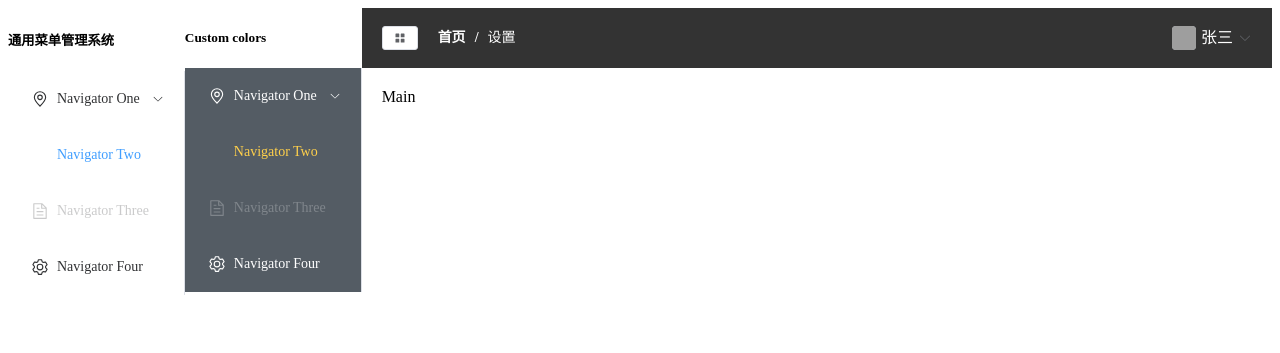
Repository: dishuibaby/vue-app
Page: /
An editor plug-in stored every save of this project. The page is shown before and after the next save, followed by the edit.
The browser window is 1280 px wide. The pictures show the whole page.
Pictures or frames that could not be fetched are drawn as grey boxes. The project was rebuilt for these pictures with package versions that can differ from the ones it lists, and the page was loaded fresh each time. Also part of the build but not shown: vite.config.js.

Above is the page before, as saved 2024-08-11 20:27:56.

### src/main.js
import { createApp } from 'vue'
import App from './App.vue'
import router from './router'
import * as ElementPlusIconsVue from '@element-plus/icons-vue'

const app = createApp(App);
for (const [key, component] of Object.entries(ElementPlusIconsVue)) {
    app.component(key, component)
}

app.use(router);
app.mount('#app');

### src/components/CommonAside.vue
<template>
  <el-row class="tac">
    <el-col :span="12">
      <h5 class="mb-2">通用菜单管理系统</h5>
      <el-menu
        default-active="2"
        class="el-menu-vertical-demo"
        @open="handleOpen"
        @close="handleClose"
      >
        <el-sub-menu index="1">
          <template #title>
            <el-icon><location /></el-icon>
            <span>Navigator One</span>
          </template>
          <el-menu-item-group title="Group One">
            <el-menu-item index="1-1">item one</el-menu-item>
            <el-menu-item index="1-2">item two</el-menu-item>
          </el-menu-item-group>
          <el-menu-item-group title="Group Two">
            <el-menu-item index="1-3">item three</el-menu-item>
          </el-menu-item-group>
          <el-sub-menu index="1-4">
            <template #title>item four</template>
            <el-menu-item index="1-4-1">item one</el-menu-item>
          </el-sub-menu>
        </el-sub-menu>
        <el-menu-item index="2">
          <el-icon><icon-menu /></el-icon>
          <span>Navigator Two</span>
        </el-menu-item>
        <el-menu-item index="3" disabled>
          <el-icon><document /></el-icon>
          <span>Navigator Three</span>
        </el-menu-item>
        <el-menu-item index="4">
          <el-icon><setting /></el-icon>
          <span>Navigator Four</span>
        </el-menu-item>
      </el-menu>
    </el-col>
    <el-col :span="12">
      <h5 class="mb-2">Custom colors</h5>
      <el-menu
        active-text-color="#ffd04b"
        background-color="#545c64"
        class="el-menu-vertical-demo"
        default-active="2"
        text-color="#fff"
        @open="handleOpen"
        @close="handleClose"
      >
        <el-sub-menu index="1">
          <template #title>
            <el-icon><location /></el-icon>
            <span>Navigator One</span>
          </template>
          <el-menu-item-group title="Group One">
            <el-menu-item index="1-1">item one</el-menu-item>
            <el-menu-item index="1-2">item two</el-menu-item>
          </el-menu-item-group>
          <el-menu-item-group title="Group Two">
            <el-menu-item index="1-3">item three</el-menu-item>
          </el-menu-item-group>
          <el-sub-menu index="1-4">
            <template #title>item four</template>
            <el-menu-item index="1-4-1">item one</el-menu-item>
          </el-sub-menu>
        </el-sub-menu>
        <el-menu-item index="2">
          <el-icon><icon-menu /></el-icon>
          <span>Navigator Two</span>
        </el-menu-item>
        <el-menu-item index="3" disabled>
          <el-icon><document /></el-icon>
          <span>Navigator Three</span>
        </el-menu-item>
        <el-menu-item index="4">
          <el-icon><setting /></el-icon>
          <span>Navigator Four</span>
        </el-menu-item>
      </el-menu>
    </el-col>
  </el-row>
</template>
<script>
import { ref, computed } from "vue";
//菜单数据
const menu = [
  {
    path: "/dashboard",
    label: "仪表盘",
    icon: "el-icon-s-home",
    children: [
      {
        path: "/dashboard/overview",
        name: "overview",
        label: "概览",
        icon: "el-icon-s-data",
        url: "/dashboard/overview",
      },
      {
        path: "/dashboard/stats",
        name: "stats",
        label: "统计",
        icon: "el-icon-s-marketing",
        url: "/dashboard/stats",
      },
    ],
  },
  {
    path: "/settings",
    label: "设置",
    icon: "el-icon-s-tools",
    children: [
      {
        path: "/settings/profile",
        name: "profile",
        label: "个人设置",
        icon: "el-icon-user-solid",
        url: "/settings/profile",
      },
      {
        path: "/settings/security",
        name: "security",
        label: "安全设置",
        icon: "el-icon-lock",
        url: "/settings/security",
      },
    ],
  },
  {
    path: "/help",
    name: "help",
    label: "帮助",
    icon: "el-icon-question",
    url: "/help",
  },
];

const hasChidren = computed(() => menu.value.filters((item) => item.children));
const noChidren = computed(() => menu.value.filters((item) => !item.children));
</script>

<style type="less" scoped></style>

### src/components/CommonHeader.vue
<template>
  <div class="header">
    <div class="header-left">
      <el-button size="small">
        <el-icon ><Menu /></el-icon>
      </el-button>
      <el-breadcrumb separator="/" class="breadcrumb">
        <el-breadcrumb-item :to="{ path: '/' }">首页</el-breadcrumb-item>
        <el-breadcrumb-item>设置</el-breadcrumb-item>
      </el-breadcrumb>
    </div>
    <div class="header-right">
      <el-dropdown>
        <span class="el-dropdown-link">
          <el-avatar shape="square" size="small" src="https://cube.elemecdn.com/3/7c/3ea6beec64369c2642b92c6726f1epng.png" />
          <el-text class="mx-1" size="large">张三</el-text>
          <el-icon class="el-icon--right">
            <arrow-down />
          </el-icon>
        </span>
        <template #dropdown>
          <el-dropdown-menu>
            <el-dropdown-item>个人中心</el-dropdown-item>
            <el-dropdown-item>退出登陆</el-dropdown-item>
          </el-dropdown-menu>
        </template>
      </el-dropdown>
    </div>
  </div>
</template>
<script >

</script>
<style lang="less" scoped>
.header{
  display: flex;
  justify-content: space-between;
  align-items: center;
  width: 100%;
  height: 100%;
  background-color: #333;
}

.header-left{
  display: flex;
  align-items: center;
  .el-button {
    margin-right: 20px;
  }
}
.breadcrumb{
  font-size: 14px;
}

.el-dropdown-link{
  display: flex;
  justify-content: space-between;
  align-items: center;
  .el-avatar{
    margin-right: 5px;
  }
  .el-text{
    color: #fff;
  }
}

:deep(.breadcrumb span) {
  color: #fff !important;
  cursor: pointer;
}
</style>

### src/router/index.js
import {createRouter, createWebHashHistory} from "vue-router";

//指定路由规则
const routes = [
    {
        path: '/',
        name: 'main',
        component: () => import('@/views/Main.vue')
    },
];

const router = createRouter({
    history: createWebHashHistory(),
    routes
});

export default router;

### src/views/Main.vue
<script setup>

</script>

<template>
  <div class="common-layout">
    <el-container class="lay-container">
        <common-aside />
        <el-container>
            <el-header class="el-header">
                <common-header />
            </el-header>
            <el-main>
                Main
            </el-main>
        </el-container>
    </el-container>
  </div>
</template>

<style scoped lang="less">
    .common-layout,lay-container{
        width: 100%;
        height: 100%;
        overflow: hidden;
    }
    .el-header{
        background-color: #333;

    }

</style>

Loaded but not shown: index.html (common file); src/App.vue (common file)

After the next save:
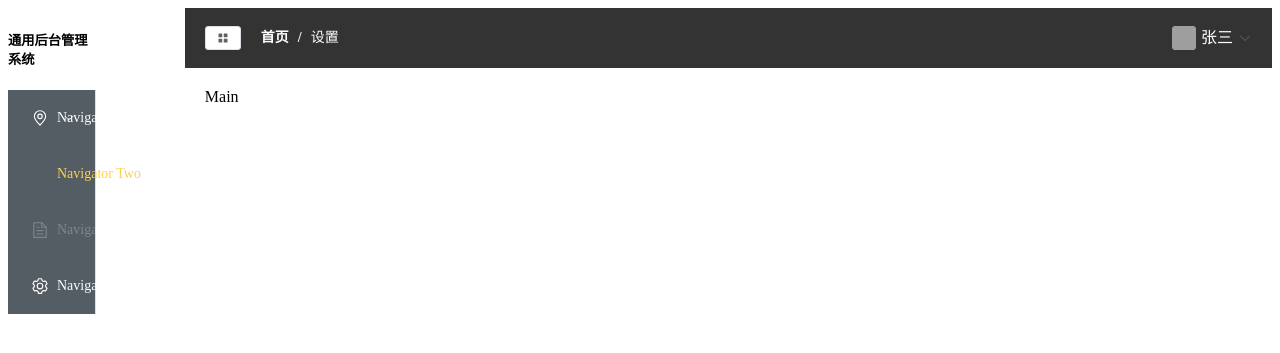
Saved 93 s later.
--- a/src/components/CommonAside.vue
+++ b/src/components/CommonAside.vue
@@ -1,46 +1,7 @@
 <template>
   <el-row class="tac">
     <el-col :span="12">
-      <h5 class="mb-2">通用菜单管理系统</h5>
-      <el-menu
-        default-active="2"
-        class="el-menu-vertical-demo"
-        @open="handleOpen"
-        @close="handleClose"
-      >
-        <el-sub-menu index="1">
-          <template #title>
-            <el-icon><location /></el-icon>
-            <span>Navigator One</span>
-          </template>
-          <el-menu-item-group title="Group One">
-            <el-menu-item index="1-1">item one</el-menu-item>
-            <el-menu-item index="1-2">item two</el-menu-item>
-          </el-menu-item-group>
-          <el-menu-item-group title="Group Two">
-            <el-menu-item index="1-3">item three</el-menu-item>
-          </el-menu-item-group>
-          <el-sub-menu index="1-4">
-            <template #title>item four</template>
-            <el-menu-item index="1-4-1">item one</el-menu-item>
-          </el-sub-menu>
-        </el-sub-menu>
-        <el-menu-item index="2">
-          <el-icon><icon-menu /></el-icon>
-          <span>Navigator Two</span>
-        </el-menu-item>
-        <el-menu-item index="3" disabled>
-          <el-icon><document /></el-icon>
-          <span>Navigator Three</span>
-        </el-menu-item>
-        <el-menu-item index="4">
-          <el-icon><setting /></el-icon>
-          <span>Navigator Four</span>
-        </el-menu-item>
-      </el-menu>
-    </el-col>
-    <el-col :span="12">
-      <h5 class="mb-2">Custom colors</h5>
+      <h5 class="mb-2">通用后台管理系统</h5>
       <el-menu
         active-text-color="#ffd04b"
         background-color="#545c64"
